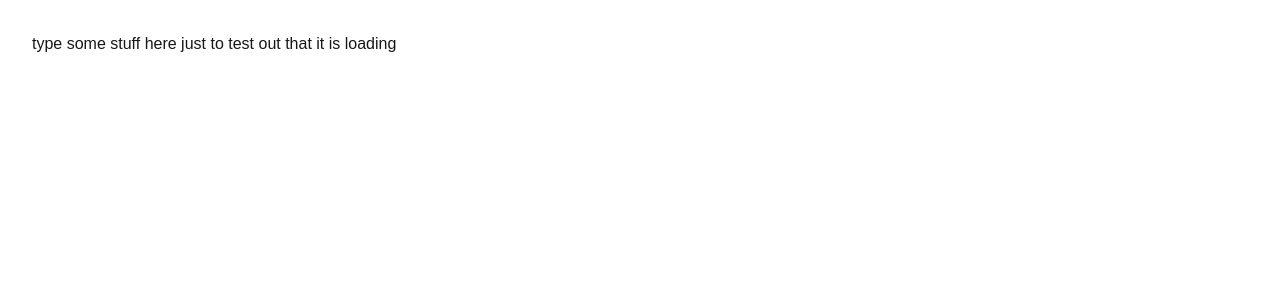
Repository: MonicaNguyenH/MDIA3126
Page: / (app in midterm-prep/)
An editor plug-in stored every save of this project. The page is shown before and after the next save, followed by the edit.
The browser window is 1280 px wide. The pictures show the whole page.
The project was rebuilt for these pictures with package versions that can differ from the ones it lists, and the page was loaded fresh each time. The framework's server and built-in components were replaced by stand-ins that run in the browser. Also part of the build but not shown: midterm-prep/next.config.mjs.

Above is the page before, as saved 2024-10-29 13:58:59.

After the next save:
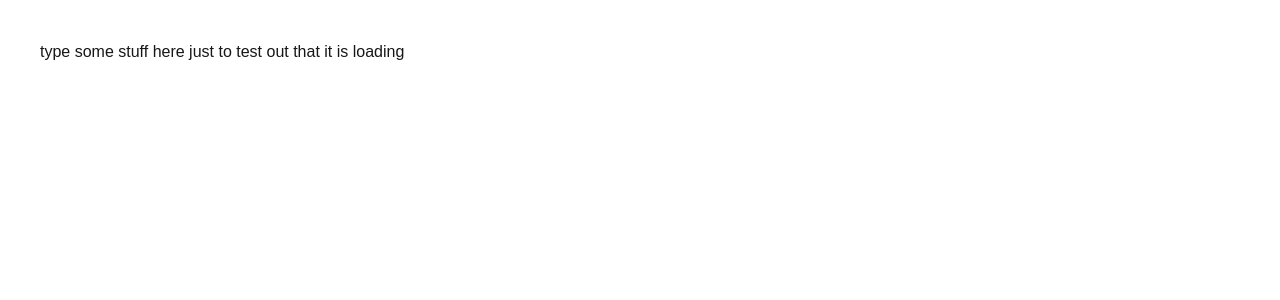
Saved 4 s later.
--- a/midterm-prep/src/app/page.js
+++ b/midterm-prep/src/app/page.js
@@ -2,7 +2,7 @@ import Image from "next/image";
 
 export default function Home() {
   return (
-    <div className="m-8">
+    <div className="m-10">
       type some stuff here just to test out that it is loading
     </div>
   );
